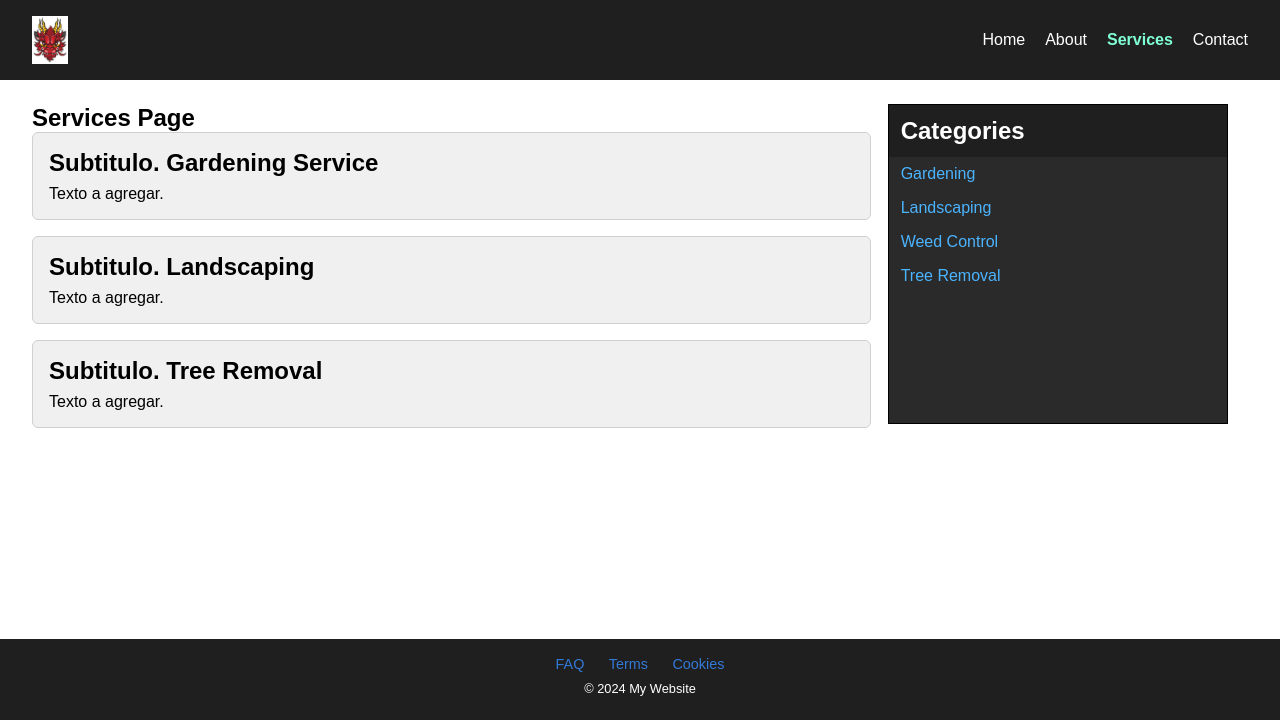
Repository: andreamm-lab/basic-navigation-example-2025-10
Page: pages/services.html
An editor plug-in stored every save of this project. The page is shown before and after the next save, followed by the edit.
The browser window is 1280 px wide. The pictures show the whole page.

Above is the page before, as saved 2025-11-06 20:31:43.

### pages/services.html
<!DOCTYPE html>
<html lang="en">
<head>
    <meta charset="UTF-8">
    <meta name="viewport" content="width=device-width, initial-scale=1.0">
    <title>Services Page</title>
    <link rel="stylesheet" href="../main.css">
</head>
<body>
    <header>
        <!-- Primary navigation -->
        <nav aria-label="Primary navigation">
            <a href="../index.html">
                <img src="../images/dragon.png" alt="Dragon logo">
            </a>
            <span class="spacer"></span>
            <ul>
                <li><a href="../index.html">Home</a></li>
                <li><a href="about.html">About</a></li>
                <li><a href="services.html" class="current">Services</a></li>
                <li><a href="contact.html">Contact</a></li>
            </ul>
        </nav>
    </header>

    <!-- Content -->
    <main class="page">
        <section class="main-content">
            <h1>Services Page</h1>

            <article class="card">
                <h2>Subtitulo. Gardening Service</h2>
                <p>Texto a agregar. </p>
            </article>

            <article class="card">
                <h2>Subtitulo. Landscaping</h2>
                <p>Texto a agregar.</p>
            </article>

            <article class="card">
                <h2>Subtitulo. Tree Removal</h2>
                <p>Texto a agregar.</p>
            </article>
        </section>

        <!--Side Menu -->
        <aside class="side-nav" aria-label="Services categories">
            <h2>Categories</h2>
            <ul>
                <li><a href="#">Gardening</a></li>
                <li><a href="#">Landscaping</a></li>
                <li><a href="#">Weed Control</a></li>
                <li><a href="#">Tree Removal</a></li>
            </ul>
        </aside>
    </main>

    <!-- Footer navigation -->
    <footer id="main-footer">
        <nav aria-label="Footer navigation">
            <ul>
                <li><a href="#">FAQ</a></li>
                <li><a href="#">Terms</a></li>
                <li><a href="#">Cookies</a></li>
            </ul>
        </nav>
        <p>© 2024 My Website</p>
    </footer>
</body>
</html>

### main.css
/* 1.---------------------- General ---------------------- */

* {
    Box-sizing: border-box;
    Margin: 0;
    Padding: 0;
}

Body {
    Font-family: Arial, Helvetica, sans-serif;
    Background-color: #ffffff;
    Color: #000;
    Min-height: 100vh;
    Display: flex;
    Flex-direction: column;
}

Main {
    Flex: 1;
}

/* 2.---------------------- Header ---------------------- */

/* header nav: logo + menú */
Header nav {
    Padding: 10px 32px;
    Min-height: 80px;
    Background-color: #1F1F1F;
    Display: flex;
    Align-items: center;         /* centra verticalmente */
    Justify-content: space-between;
}

Header nav img {
    Max-height: 48px;
    Background-color: white;
    Display: inline-block;
    Vertical-align: middle;
}

Header nav ul {
    List-style: none;
    Display: flex;
    Gap: 20px;
}

Header nav ul li a {
    Text-decoration: none;
    Color: white;
}

Header nav ul li a.current {
    Color: aquamarine;
    Font-weight: bold;
}

Header nav ul li a:hover {
    Color: rgb(92, 229, 0);
}

/* 3.---------------------- Home / main content ---------------------- */

Main {
    Display: block;
    Padding: 24px 32px;
}

#page-title {
    Font-size: 2rem;
    Text-align: center;
    Margin-bottom: 24px;
}

.card-grid {
    Display: block;
}

.card {
    Background-color: #f0f0f0;
    Border: 1px solid #d0d0d0;
    Border-radius: 6px;
    Padding: 16px;
    Margin-bottom: 16px;
}

.card h2 {
    Margin-bottom: 8px;
}

/* 4.---------------------- Services layout ---------------------- */

.page {
    Display: block;
}

.main-content {
    Display: inline-block;
    Width: 69%;
    Vertical-align: top;
}

.side-nav {
    Display: inline-block;
    Width: 28%;
    Background-color: #2a2a2a;
    Color: #fff;
    Margin-left: 1%;
    Padding: 0;                 /* sin espacio interno general */
    Min-height: 320px;
    Border: 1px solid #000;
    Box-sizing: border-box;
}

.side-nav h2 {
    Background-color: #1f1f1f;
    Margin: 0;
    Padding: 12px;
}

.side-nav ul {
    List-style: none;
    Margin: 0;
    Padding: 0;
}

.side-nav ul li {
    Margin: 0;
    Padding: 8px 12px;
    Display: block;
}

.side-nav ul li a {
    Color: #4bb4ff;
    Text-decoration: none;
    Display: inline-block;
    Width: 100%;
}

.side-nav ul li a:hover {
    Text-decoration: underline;
    Background-color: #1f1f1f;
}

/* 5.---------------------- Footer ---------------------- */

#main-footer {
    Background-color: #1F1F1F;
    Color: #ffffff;
    Text-align: center;
    Padding: 16px 0 24px;
    Margin: 0;
    Width: 100%;
}

#main-footer nav {
    Background: none;
    Padding: 0;
    Margin: 0 auto;
}

#main-footer nav ul {
    Display: inline-block;
    List-style: none;
    Margin: 0;
    Padding: 0;
}

#main-footer nav ul li {
    Display: inline-block;
    Margin: 0 10px;
}

#main-footer nav ul li a {
    Color: rgb(51, 122, 216);
    Text-decoration: none;
    Font-size: 0.9rem;
}

.footer-line {
    Border: none;
    Border-top: 1px solid #ccc;
    Width: 80%;
    Margin: 8px auto 12px;
}

#main-footer p {
    Font-size: 0.8rem;
    Margin: 0;
    Padding-top: 8px;
}

After the next save:
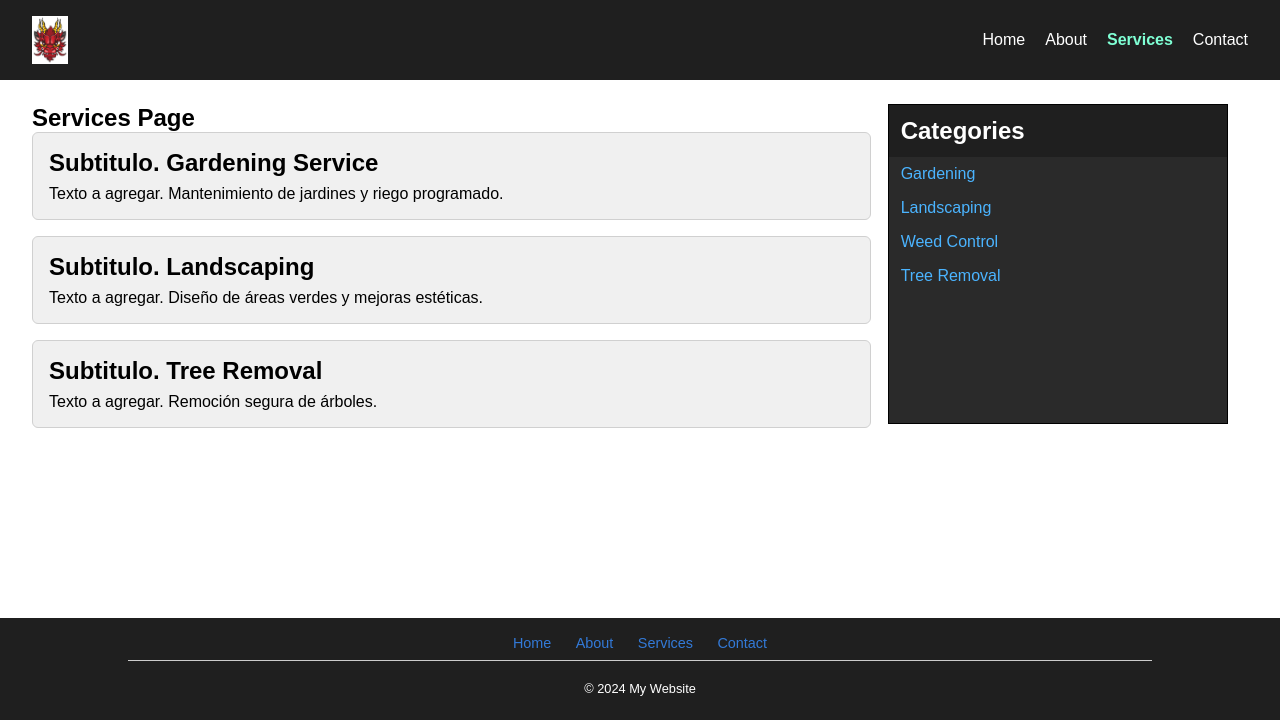
Saved 12 s later.
--- a/pages/services.html
+++ b/pages/services.html
@@ -13,7 +13,6 @@
             <a href="../index.html">
                 <img src="../images/dragon.png" alt="Dragon logo">
             </a>
-            <span class="spacer"></span>
             <ul>
                 <li><a href="../index.html">Home</a></li>
                 <li><a href="about.html">About</a></li>
@@ -23,28 +22,27 @@
         </nav>
     </header>
 
-    <!-- Content -->
     <main class="page">
         <section class="main-content">
             <h1>Services Page</h1>
 
             <article class="card">
                 <h2>Subtitulo. Gardening Service</h2>
-                <p>Texto a agregar. </p>
+                <p>Texto a agregar. Mantenimiento de jardines y riego programado.</p>
             </article>
 
             <article class="card">
                 <h2>Subtitulo. Landscaping</h2>
-                <p>Texto a agregar.</p>
+                <p>Texto a agregar. Diseño de áreas verdes y mejoras estéticas.</p>
             </article>
 
             <article class="card">
                 <h2>Subtitulo. Tree Removal</h2>
-                <p>Texto a agregar.</p>
+                <p>Texto a agregar. Remoción segura de árboles.</p>
             </article>
         </section>
 
-        <!--Side Menu -->
+        <!-- Secondary navigation ONLY in Services -->
         <aside class="side-nav" aria-label="Services categories">
             <h2>Categories</h2>
             <ul>
@@ -56,15 +54,16 @@
         </aside>
     </main>
 
-    <!-- Footer navigation -->
     <footer id="main-footer">
         <nav aria-label="Footer navigation">
             <ul>
-                <li><a href="#">FAQ</a></li>
-                <li><a href="#">Terms</a></li>
-                <li><a href="#">Cookies</a></li>
+                <li><a href="../index.html">Home</a></li>
+                <li><a href="about.html">About</a></li>
+                <li><a href="services.html">Services</a></li>
+                <li><a href="contact.html">Contact</a></li>
             </ul>
         </nav>
+        <hr class="footer-line">
         <p>© 2024 My Website</p>
     </footer>
 </body>
